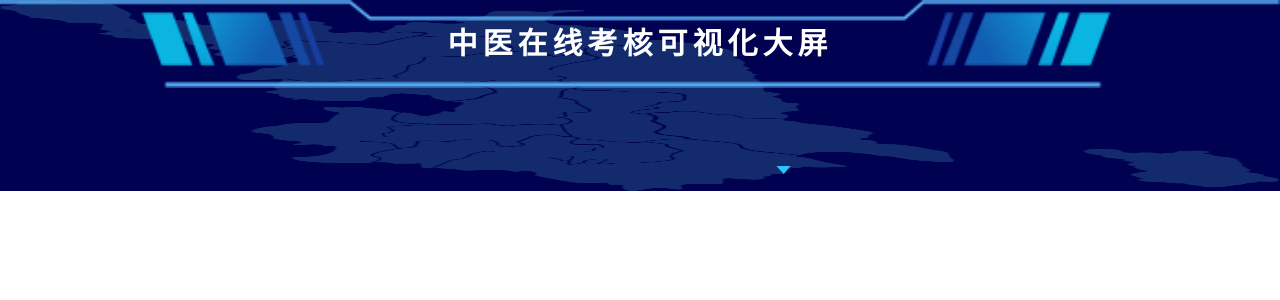
Repository: krislorem/medicine-online-datascreen-vue
Page: /
An editor plug-in stored every save of this project. The page is shown before and after the next save, followed by the edit.
The browser window is 1280 px wide. The pictures show the whole page.
The project was rebuilt for these pictures with package versions that can differ from the ones it lists, and the page was loaded fresh each time. Also part of the build but not shown: vite.config.ts.

Above is the page before, as saved 2024-12-04 11:40:15.
Console error (its wording comes from the project's code and is left out).
Not found: @fs/src/img/bz.02dfead7.png

### src/main.ts
import './assets/main.css'

import { createApp } from 'vue'
import { createPinia } from 'pinia'
import ElementPlus from 'element-plus'
import 'element-plus/dist/index.css'
import App from './App.vue'
import router from './router'

const app = createApp(App)

app.use(createPinia())
app.use(router)
app.use(ElementPlus)
app.mount('#app')

### src/assets/main.css
body, html {
  width: 100%;
  height: 100%;
  overflow: hidden;
  margin: 0;
  padding: 0;
  width: 100vw;
  height: 100vh
}

#app {
  width: 100%;
  height: 100%
}

### src/App.vue
<template>
  <div>
    <RouterView></RouterView>
  </div>
</template>

<script setup lang="ts">

</script>

<style scoped>
</style>

### src/views/HomeView.vue
<template>
  <div class="home">
    <nav>
      <h1>中医在线考核可视化大屏</h1>
    </nav>
    <div id="mid-bar">
      <select id="info"></select>
    </div>
    <div id="all-info"></div>
  </div>
</template>

<style scoped>
body {
  font-family: Helvetica Neue, Helvetica, PingFang SC, Hiragino Sans GB, Microsoft YaHei, "\5FAE\8F6F\96C5\9ED1", Arial, sans-serif;
  font-size: 12px;
  line-height: 1.5;
  color: #515a6e;
  background-color: #fff;
  -webkit-font-smoothing: antialiased;
  -moz-osx-font-smoothing: grayscale;
}

.home {
  background: #010152 url(/ditu.png) 50% no-repeat;
  background-size: 100% 100%;
}

.home nav {
  background-image: url(/nav.png);
  background-size: 100% 100%;
  background-repeat: no-repeat;
  overflow: hidden;
  display: -webkit-box;
  display: -ms-flexbox;
  display: flex;
  -webkit-box-align: center;
  -ms-flex-align: center;
  align-items: center;
}

.home nav h1 {
  font-size: 30px;
  font-family: PingFangSC-Semibold, PingFang SC;
  font-weight: 600;
  color: #fff;
  line-height: 58px;
  letter-spacing: 5px;
  margin: 15px auto;
}

.home #mid-bar {
  width: 694px;
  height: 43px;
  background-image: url(../img/bz.02dfead7.png);
  margin: 48px auto 36px;
  padding-top: 12px;
  display: -webkit-box;
  display: -ms-flexbox;
  display: flex;
  -webkit-box-pack: center;
  -ms-flex-pack: center;
  justify-content: center;
  -webkit-box-align: center;
  -ms-flex-align: center;
  align-items: center;
}

.home #mid-bar #info {
  appearance: none;
  -moz-appearance: none;
  -webkit-appearance: none;
  background: transparent url('/jiantou.png') no-repeat scroll 100%;
  width: 302px;
  height: 22px;
  font-size: 16px;
  text-align: center;
  font-family: PingFangSC-Semibold, PingFang SC;
  font-weight: 600;
  color: #26c5fb;
  line-height: 22px;
  letter-spacing: 2px;
  border: none;
}
</style>
<script setup lang="ts">
import * as echarts from 'echarts';
import { onMounted } from 'vue'
const labelOption = {
  show: true,
  position: 'insideBottom',
  distance: 15,
  align: 'left',
  verticalAlign: 'middle',
  rotate: 90,
  formatter: '{c}  {name|{a}}',
  fontSize: 16,
  rich: {
    name: {}
  }
};
const option = {
  tooltip: {
    trigger: 'axis',
    axisPointer: {
      type: 'shadow'
    }
  },
  legend: {
    data: ['Forest', 'Steppe', 'Desert', 'Wetland']
  },
  xAxis: [
    {
      type: 'category',
      axisTick: { show: false },
      data: ['2012', '2013', '2014', '2015', '2016']
    }
  ],
  yAxis: [
    {
      type: 'value'
    }
  ],
  series: [
    {
      name: 'Forest',
      type: 'bar',
      barGap: 0,
      label: labelOption,
      emphasis: {
        focus: 'series'
      },
      data: [320, 332, 301, 334, 390]
    },
    {
      name: 'Steppe',
      type: 'bar',
      label: labelOption,
      emphasis: {
        focus: 'series'
      },
      data: [220, 182, 191, 234, 290]
    },
    {
      name: 'Desert',
      type: 'bar',
      label: labelOption,
      emphasis: {
        focus: 'series'
      },
      data: [150, 232, 201, 154, 190]
    },
    {
      name: 'Wetland',
      type: 'bar',
      label: labelOption,
      emphasis: {
        focus: 'series'
      },
      data: [98, 77, 101, 99, 40]
    }
  ]
};
onMounted(() => {
  let chartDom = document.getElementById('m');
  let myChart = echarts.init(chartDom);
  option && myChart.setOption(option);
})


</script>

Loaded but not shown: index.html (common file); src/router/index.ts (common file)

After the next save:
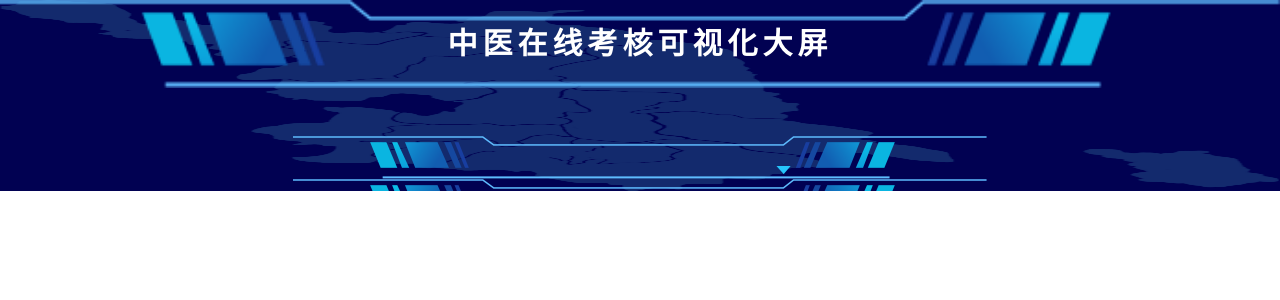
Saved 21 s later.
--- a/src/views/HomeView.vue
+++ b/src/views/HomeView.vue
@@ -52,7 +52,7 @@ body {
 .home #mid-bar {
   width: 694px;
   height: 43px;
-  background-image: url(../img/bz.02dfead7.png);
+  background-image: url(/nav.png);
   margin: 48px auto 36px;
   padding-top: 12px;
   display: -webkit-box;
